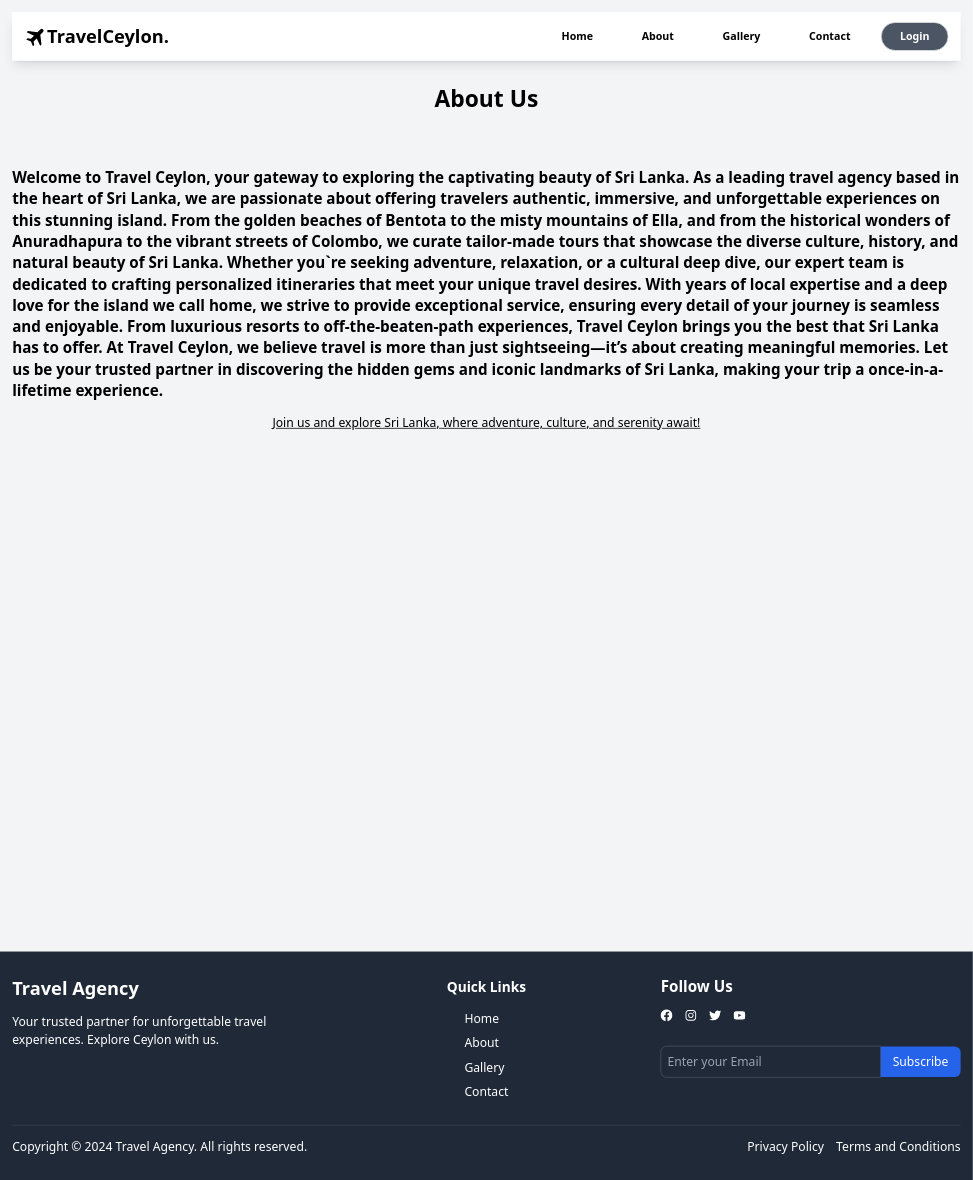
Repository: thisara199/Travel-Agency-Website
Page: /about
These files come from the project's save history. The page is drawn as it stood at one moment and after the next save; the edit follows.
The browser window is 1280 px wide. The pictures show the whole page, at 76% of full size.
The project was rebuilt for these pictures with package versions that can differ from the ones it lists, and the page was loaded fresh each time. Also part of the build but not shown: vite.config.js, src/components/HeroSection/HeroSection.jsx, src/components/FeaturedDestination/FeaturedDestination.jsx, src/components/Testimonials/Testimonials.jsx, src/components/Banner/Banner.jsx, src/pages/Home.jsx.

Above is the page before, as saved 2024-09-04 19:36:21.

After the next save:
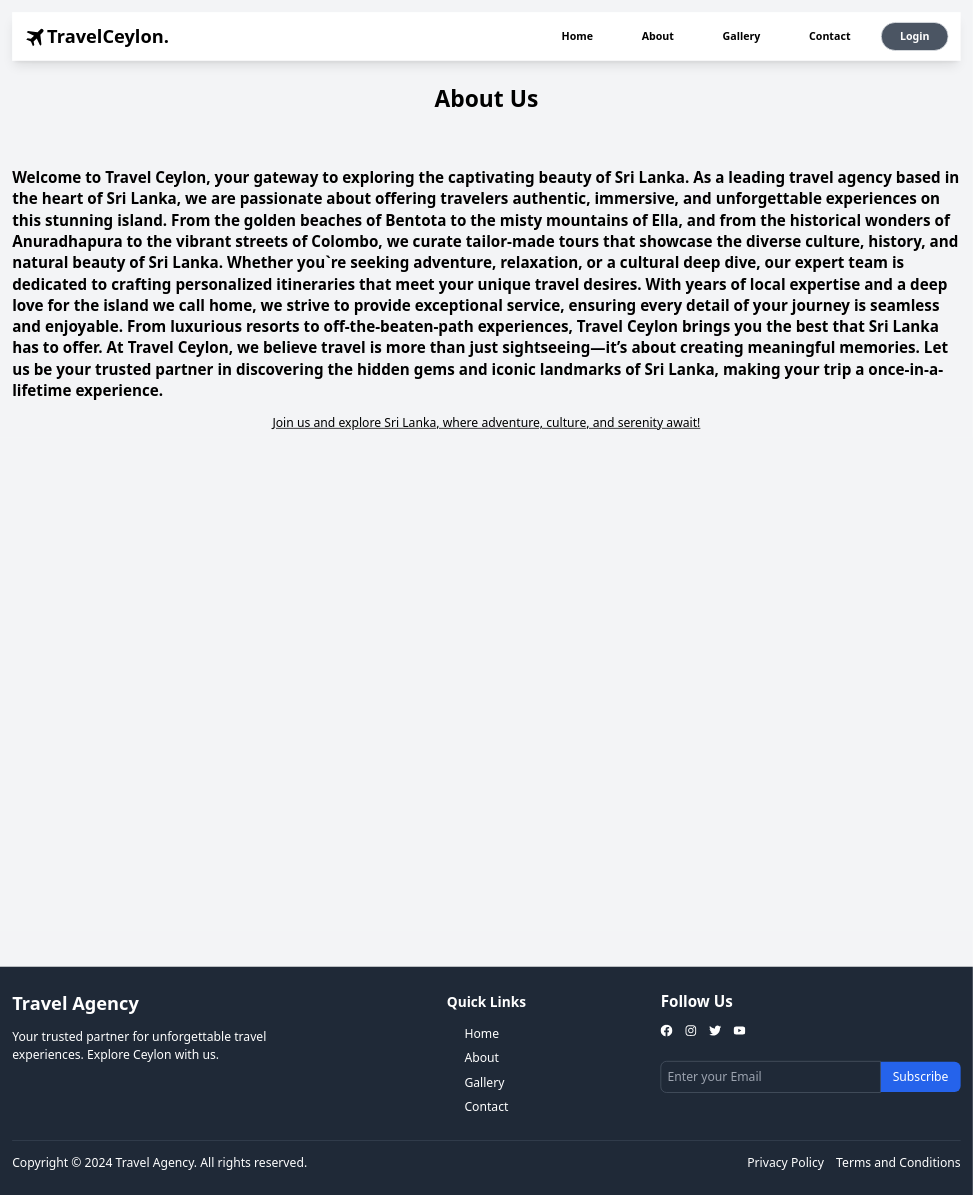
Saved 29 s later.
--- a/src/components/TeamMembers/TeamMembers.jsx
+++ b/src/components/TeamMembers/TeamMembers.jsx
@@ -7,7 +7,7 @@
   {
     name: 'John Doe',
     image: Img1,
-    job: 'I had an amazing experience with Booking.com. The website was easy to navigate, and the booking process was straightforward. I highly recommend it!',
+    job: 'Founder of Booking.com. I had an amazing experience with Booking.com. The website was easy to navigate, and the booking process was straightforward. I highly recommend it!',
     aosDelay: '400',
   },
   {

After the save that followed:
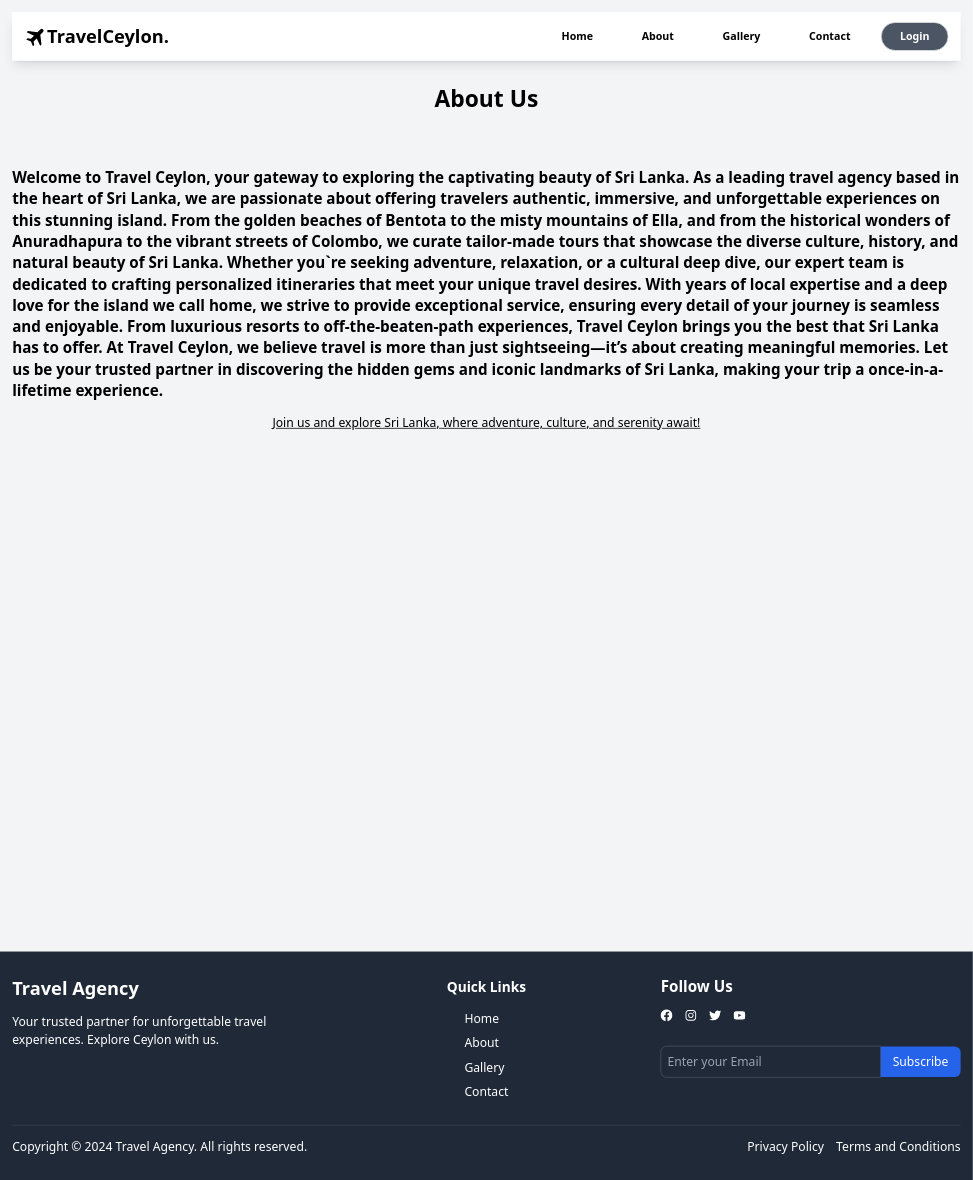
Saved 26 s later.
--- a/src/components/TeamMembers/TeamMembers.jsx
+++ b/src/components/TeamMembers/TeamMembers.jsx
@@ -7,13 +7,13 @@
   {
     name: 'John Doe',
     image: Img1,
-    job: 'Founder of Booking.com. I had an amazing experience with Booking.com. The website was easy to navigate, and the booking process was straightforward. I highly recommend it!',
+    job: 'Founder & CEO',
     aosDelay: '400',
   },
   {
     name: 'Jane Smith',
     image: Img2,
-    job: 'I had an amazing experience with Booking.com. The website was easy to navigate, and the booking process was straightforward. I highly recommend it!',
+    job: '',
     aosDelay: '600',
   },
   {
